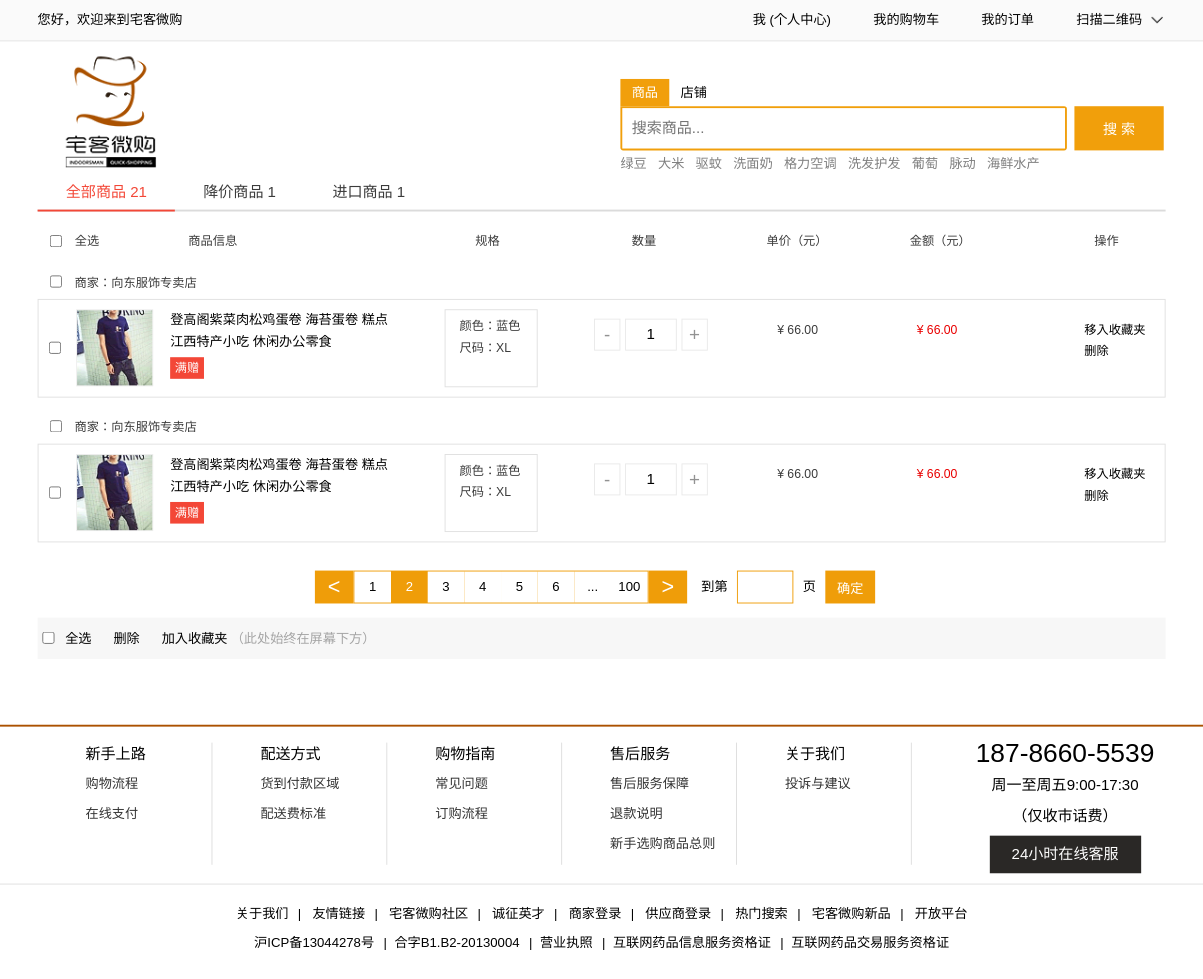
Repository: hucongting/MobliePhoneMall
Page: HelloMall/src/main/webapp/home/my_cart.html
The author's editor kept a copy of each file at every save. The page is drawn from the files as they stood at one save, then again after the next save.
The browser window is 1280 px wide. The pictures show the whole page, at 94% of full size.

Above is the page before, as saved 2018-09-01 06:49:10.

### HelloMall/src/main/webapp/home/my_cart.html
<!DOCTYPE html PUBLIC "-//W3C//DTD XHTML 1.0 Transitional//EN" "http://www.w3.org/TR/xhtml1/DTD/xhtml1-transitional.dtd">
<html xmlns="http://www.w3.org/1999/xhtml">
<head>
<meta http-equiv="Content-Type" content="text/html; charset=utf-8" />
<title>购物车</title>
<link rel="stylesheet" type="text/css" href="css/style.css" />
<link rel="stylesheet" type="text/css" href="css/shopping-mall-index.css" />
<script type="text/javascript" src="js/jquery.js"></script>
<script type="text/javascript" src="js/zhonglin.js"></script>
</head>

<body style="position:relative;">

	<!--top 开始-->
    <div class="top">
    	<div class="top-con w1200">
        	<p class="t-con-l f-l">您好，欢迎来到宅客微购</p>
            <ul class="t-con-r f-r">
            	<li><a href="#">我 (个人中心)</a></li>
            	<li><a href="#">我的购物车</a></li>
            	<li><a href="#">我的订单</a></li>
            	<li class="erweima">
                	<a href="#">扫描二维码</a>
                    <div class="ewm-tu">
                    	<a href="#"><img src="images/erweima-tu.jpg" /></a>
                    </div>
                </li>
                <div style="clear:both;"></div>
            </ul>
            <div style="clear:both;"></div>
        </div>
    </div>

    <!--logo search 开始-->
    <div class="hd-info1 w1200">
    	<div class="logo f-l">
        	<h1><a href="#" title="中林网站"><img src="images/logo.jpg" /></a></h1>
        </div>
        <div class="search f-r">
        	<ul class="sp">
            	<li class="current" ss-search="sp"><a href="JavaScript:;">商品</a></li>
                <li ss-search="dp"><a href="JavaScript:;">店铺</a></li>
                <div style="clear:both;"></div>
            </ul>
            <div class="srh">
            	<div class="ipt f-l">
                	<input type="text" placeholder="搜索商品..." ss-search-show="sp" />
                    <input type="text" placeholder="搜索店铺..." ss-search-show="dp" style="display:none;" />
                </div>
                <button class="f-r">搜 索</button>
                <div style="clear:both;"></div>
            </div>
            <ul class="sp2">
                <li><a href="#">绿豆</a></li>
                <li><a href="#">大米</a></li>
                <li><a href="#">驱蚊</a></li>
                <li><a href="#">洗面奶</a></li>
                <li><a href="#">格力空调</a></li>
                <li><a href="#">洗发护发</a></li>
                <li><a href="#">葡萄 </a></li>
                <li><a href="#">脉动</a></li>
                <li><a href="#">海鲜水产</a></li>
                <div style="clear:both;"></div>
            </ul>
        </div>
        <div style="clear:both;"></div>
    </div>


    <!--内容开始-->
    <div class="cart-content w1200">
    	<ul class="cart-tit-nav">
        	<li class="current"><a href="#">全部商品   21</a></li>
        	<li><a href="#">降价商品   1</a></li>
        	<li><a href="#">进口商品   1</a></li>
            <div style="clear:both;"></div>
        </ul>
        <div class="cart-con-tit">
        	<p class="p1">
            	<input type="checkbox" value="" name="hobby"></input>
				<span>全选</span>
            </p>
            <p class="p2">商品信息</p>
            <p class="p3">规格</p>
            <p class="p4">数量</p>
            <p class="p5">单价（元）</p>
            <p class="p6">金额（元）</p>
            <p class="p7">操作</p>
        </div>

        <div class="cart-con-info">
        	<div class="info-top">
            	<input type="checkbox" value="" name="hobby"></input>
				<span>商家：向东服饰专卖店</span>
            </div>
            <div class="info-mid">
            	<input type="checkbox" value="" name="hobby" class="mid-ipt f-l"></input>
                <div class="mid-tu f-l">
                	<a href="#"><img src="images/dai1.gif" /></a>
                </div>
                <div class="mid-font f-l">
                	<a href="#">登高阁紫菜肉松鸡蛋卷 海苔蛋卷 糕点<br />江西特产小吃 休闲办公零食</a>
                    <span>满赠</span>
                </div>
                <div class="mid-guige f-l">
                	<p>颜色：蓝色</p>
                    <p>尺码：XL</p>
                    <a href="JavaScript:;" class="xg" xg="xg4">修改</a>
                    <div class="guige-xiugai" xg-g="xg4">
                    	<div class="xg-left f-l">
                        	<dl>
                            	<dt>颜  色</dt>
                                <dd>
                                	<a href="JavaScript:;" class="current">黑色</a>
                                    <a href="JavaScript:;">白色</a>
                                </dd>
                                <div style="clear:both;"></div>
                            </dl>
                            <dl>
                            	<dt>尺  码</dt>
                                <dd>
                                	<a href="JavaScript:;" class="current">M</a>
                                    <a href="JavaScript:;">L</a>
                                    <a href="JavaScript:;">XL</a>
                                </dd>
                                <div style="clear:both;"></div>
                            </dl>
                            <a href="JavaScript:;" class="qd">确定</a>
                            <a href="JavaScript:;" class="qx" qx="xg4">取消</a>
                        </div>
                    	<div class="xg-right f-l">
                        	<a href="#"><img src="images/dai2.gif" /></a>
                        </div>
                        <div style="clear:both;"></div>
                    </div>
                </div>
                <div class="mid-sl f-l">
                	<a href="JavaScript:;" class="sl-left">-</a>
                    <input type="text" value="1" />
                    <a href="JavaScript:;" class="sl-right">+</a>
                </div>
                <p class="mid-dj f-l">¥ 66.00</p>
                <p class="mid-je f-l">¥ 66.00</p>
                <div class="mid-chaozuo f-l">
                	<a href="#">移入收藏夹</a>
                    <a href="#">删除</a>
                </div>
                <div style="clear:both;"></div>
            </div>
        </div>
        <div class="cart-con-info">
        	<div class="info-top">
            	<input type="checkbox" value="" name="hobby"></input>
				<span>商家：向东服饰专卖店</span>
            </div>
            <div class="info-mid">
            	<input type="checkbox" value="" name="hobby" class="mid-ipt f-l"></input>
                <div class="mid-tu f-l">
                	<a href="#"><img src="images/dai1.gif" /></a>
                </div>
                <div class="mid-font f-l">
                	<a href="#">登高阁紫菜肉松鸡蛋卷 海苔蛋卷 糕点<br />江西特产小吃 休闲办公零食</a>
                    <span>满赠</span>
                </div>
                <div class="mid-guige f-l">
                	<p>颜色：蓝色</p>
                    <p>尺码：XL</p>
                    <a href="JavaScript:;" class="xg" xg="xg5">修改</a>
                    <div class="guige-xiugai" xg-g="xg5">
                    	<div class="xg-left f-l">
                        	<dl>
                            	<dt>颜  色</dt>
                                <dd>
                                	<a href="JavaScript:;" class="current">黑色</a>
                                    <a href="JavaScript:;">白色</a>
                                </dd>
                                <div style="clear:both;"></div>
                            </dl>
                            <dl>
                            	<dt>尺  码</dt>
                                <dd>
                                	<a href="JavaScript:;" class="current">M</a>
                                    <a href="JavaScript:;">L</a>
                                    <a href="JavaScript:;">XL</a>
                                </dd>
                                <div style="clear:both;"></div>
                            </dl>
                            <a href="JavaScript:;" class="qd">确定</a>
                            <a href="JavaScript:;" class="qx" qx="xg5">取消</a>
                        </div>
                    	<div class="xg-right f-l">
                        	<a href="#"><img src="images/dai2.gif" /></a>
                        </div>
                        <div style="clear:both;"></div>
                    </div>
                </div>
                <div class="mid-sl f-l">
                	<a href="JavaScript:;" class="sl-left">-</a>
                    <input type="text" value="1" />
                    <a href="JavaScript:;" class="sl-right">+</a>
                </div>
                <p class="mid-dj f-l">¥ 66.00</p>
                <p class="mid-je f-l">¥ 66.00</p>
                <div class="mid-chaozuo f-l">
                	<a href="#">移入收藏夹</a>
                    <a href="#">删除</a>
                </div>
                <div style="clear:both;"></div>
            </div>
        </div>
        <!--分页-->
        <div class="paging">
            	<div class="pag-left f-l">
                	<a href="#" class="about left-r f-l"><</a>
                    <ul class="left-m f-l">
                    	<li><a href="#">1</a></li>
                        <li class="current"><a href="#">2</a></li>
                        <li><a href="#">3</a></li>
                        <li><a href="#">4</a></li>
                        <li><a href="#">5</a></li>
                        <li><a href="#">6</a></li>
                        <li><a href="#">...</a></li>
                        <li><a href="#">100</a></li>
                        <div style="clear:both;"></div>
                    </ul>
                	<a href="#" class="about left-l f-l">></a>
                    <div style="clear:both;"></div>
                </div>
            	<div class="pag-right f-l">
                	<div class="jump-page f-l">
                        到第<input type="text" />页
                    </div>
                    <button class="f-l">确定</button>
                    <div style="clear:both;"></div>
                </div>
                <div style="clear:both;"></div>
            </div>
       	<div class="cart-con-footer">
        	<input type="checkbox" value="" name="hobby"></input>
			<span>全选</span>
            <a href="#">删除</a>
            <a href="#">加入收藏夹</a>
            <p>（此处始终在屏幕下方）</p>
        </div>
    </div>

    <!--底部服务-->
    <div class="ft-service">
    	<div class="w1200">
        	<div class="sv-con-l2 f-l">
            	<dl>
                	<dt><a href="#">新手上路</a></dt>
                    <dd>
                    	<a href="#">购物流程</a>
                    	<a href="#">在线支付</a>
                    </dd>
                </dl>
                <dl>
                	<dt><a href="#">配送方式</a></dt>
                    <dd>
                    	<a href="#">货到付款区域</a>
                    	<a href="#">配送费标准</a>
                    </dd>
                </dl>
                <dl>
                	<dt><a href="#">购物指南</a></dt>
                    <dd>
                    	<a href="#">常见问题</a>
                    	<a href="#">订购流程</a>
                    </dd>
                </dl>
                <dl>
                	<dt><a href="#">售后服务</a></dt>
                    <dd>
                    	<a href="#">售后服务保障</a>
                    	<a href="#">退款说明</a>
                    	<a href="#">新手选购商品总则</a>
                    </dd>
                </dl>
                <dl>
                	<dt><a href="#">关于我们</a></dt>
                    <dd>
                    	<a href="#">投诉与建议</a>
                    </dd>
                </dl>
                <div style="clear:both;"></div>
            </div>
        	<div class="sv-con-r2 f-r">
            	<p class="sv-r-tle">187-8660-5539</p>
            	<p>周一至周五9:00-17:30</p>
            	<p>（仅收市话费）</p>
            	<a href="#" class="zxkf">24小时在线客服</a>
            </div>
            <div style="clear:both;"></div>
        </div>
    </div>

    <!--底部 版权-->
    <div class="footer w1200">
    	<p>
        	<a href="#">关于我们</a><span>|</span>
        	<a href="#">友情链接</a><span>|</span>
        	<a href="#">宅客微购社区</a><span>|</span>
        	<a href="#">诚征英才</a><span>|</span>
        	<a href="#">商家登录</a><span>|</span>
        	<a href="#">供应商登录</a><span>|</span>
        	<a href="#">热门搜索</a><span>|</span>
        	<a href="#">宅客微购新品</a><span>|</span>
        	<a href="#">开放平台</a>
        </p>
        <p>
        	沪ICP备13044278号<span>|</span>合字B1.B2-20130004<span>|</span>营业执照<span>|</span>互联网药品信息服务资格证<span>|</span>互联网药品交易服务资格证
        </p>
    </div>
</body>
</html>

Loaded but not shown: HelloMall/src/main/webapp/home/js/jquery.js (library); HelloMall/src/main/webapp/home/js/zhonglin.js (361 lines, source omitted); HelloMall/src/main/webapp/home/css/shopping-mall-index.css (1188 lines, source omitted); HelloMall/src/main/webapp/home/css/style.css (194 lines, source omitted)

After the next save:
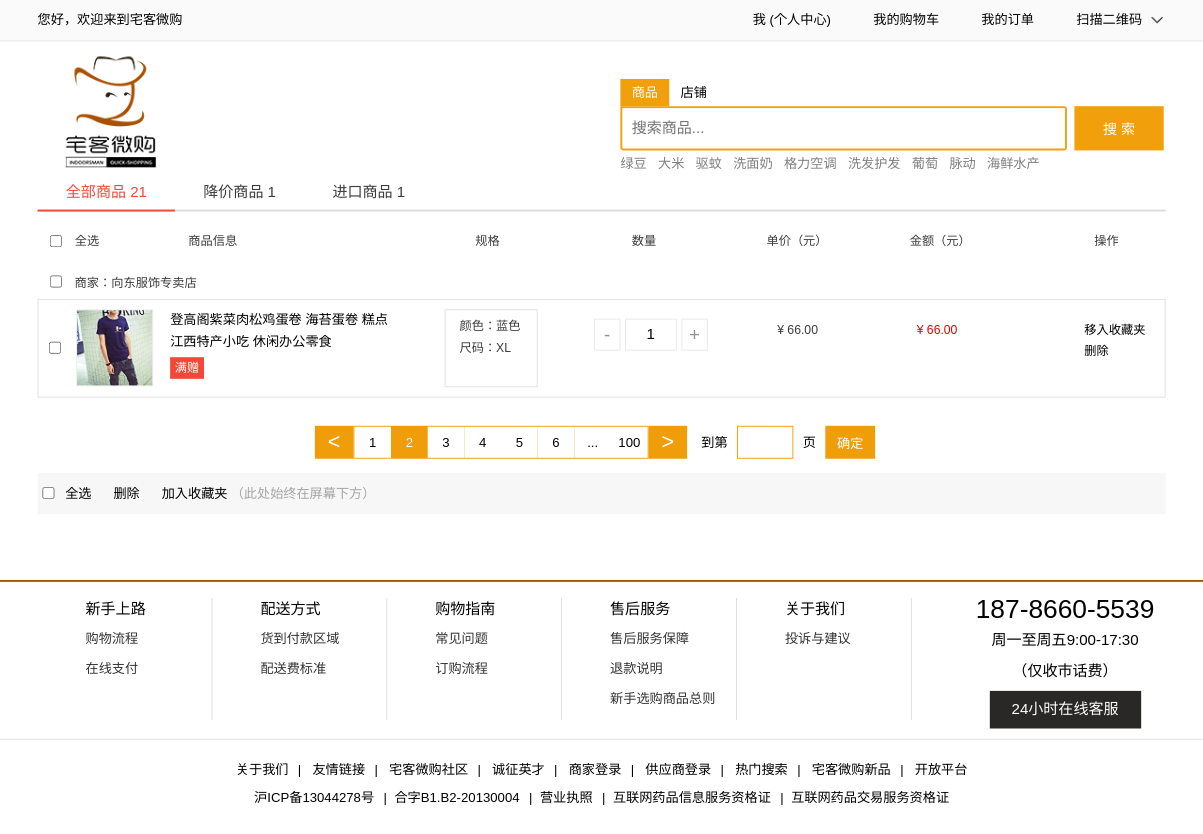
Saved 21 s later.
--- a/HelloMall/src/main/webapp/home/my_cart.html
+++ b/HelloMall/src/main/webapp/home/my_cart.html
@@ -88,66 +88,6 @@
             <p class="p7">操作</p>
         </div>
 
-        <div class="cart-con-info">
-        	<div class="info-top">
-            	<input type="checkbox" value="" name="hobby"></input>
-				<span>商家：向东服饰专卖店</span>
-            </div>
-            <div class="info-mid">
-            	<input type="checkbox" value="" name="hobby" class="mid-ipt f-l"></input>
-                <div class="mid-tu f-l">
-                	<a href="#"><img src="images/dai1.gif" /></a>
-                </div>
-                <div class="mid-font f-l">
-                	<a href="#">登高阁紫菜肉松鸡蛋卷 海苔蛋卷 糕点<br />江西特产小吃 休闲办公零食</a>
-                    <span>满赠</span>
-                </div>
-                <div class="mid-guige f-l">
-                	<p>颜色：蓝色</p>
-                    <p>尺码：XL</p>
-                    <a href="JavaScript:;" class="xg" xg="xg4">修改</a>
-                    <div class="guige-xiugai" xg-g="xg4">
-                    	<div class="xg-left f-l">
-                        	<dl>
-                            	<dt>颜  色</dt>
-                                <dd>
-                                	<a href="JavaScript:;" class="current">黑色</a>
-                                    <a href="JavaScript:;">白色</a>
-                                </dd>
-                                <div style="clear:both;"></div>
-                            </dl>
-                            <dl>
-                            	<dt>尺  码</dt>
-                                <dd>
-                                	<a href="JavaScript:;" class="current">M</a>
-                                    <a href="JavaScript:;">L</a>
-                                    <a href="JavaScript:;">XL</a>
-                                </dd>
-                                <div style="clear:both;"></div>
-                            </dl>
-                            <a href="JavaScript:;" class="qd">确定</a>
-                            <a href="JavaScript:;" class="qx" qx="xg4">取消</a>
-                        </div>
-                    	<div class="xg-right f-l">
-                        	<a href="#"><img src="images/dai2.gif" /></a>
-                        </div>
-                        <div style="clear:both;"></div>
-                    </div>
-                </div>
-                <div class="mid-sl f-l">
-                	<a href="JavaScript:;" class="sl-left">-</a>
-                    <input type="text" value="1" />
-                    <a href="JavaScript:;" class="sl-right">+</a>
-                </div>
-                <p class="mid-dj f-l">¥ 66.00</p>
-                <p class="mid-je f-l">¥ 66.00</p>
-                <div class="mid-chaozuo f-l">
-                	<a href="#">移入收藏夹</a>
-                    <a href="#">删除</a>
-                </div>
-                <div style="clear:both;"></div>
-            </div>
-        </div>
         <div class="cart-con-info">
         	<div class="info-top">
             	<input type="checkbox" value="" name="hobby"></input>
@@ -208,6 +148,7 @@
                 <div style="clear:both;"></div>
             </div>
         </div>
+
         <!--分页-->
         <div class="paging">
             	<div class="pag-left f-l">
